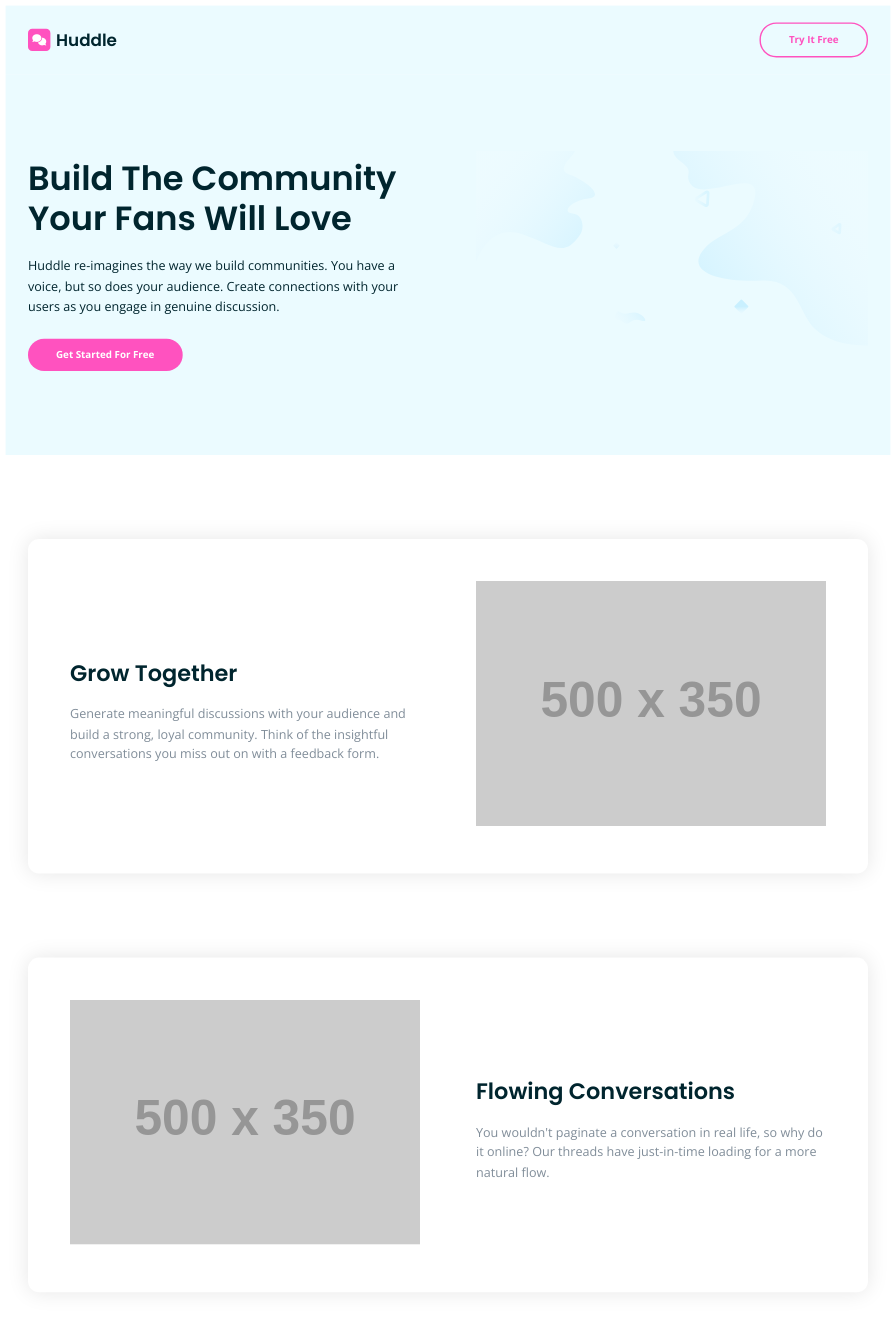
Repository: blordeus/huddle-landing-page
Page: index.html
An editor plug-in stored every save of this project. The page is shown before and after a run of saves, followed by the edit.
The browser window is 1280 px wide. The pictures show the part of the page from y = 0 to 1920 px (the page is 3680 px tall before and 3744 px after), at 70% of full size.

Above is the page before, as saved 2025-07-01 10:52:49.

After the next 2 saves:
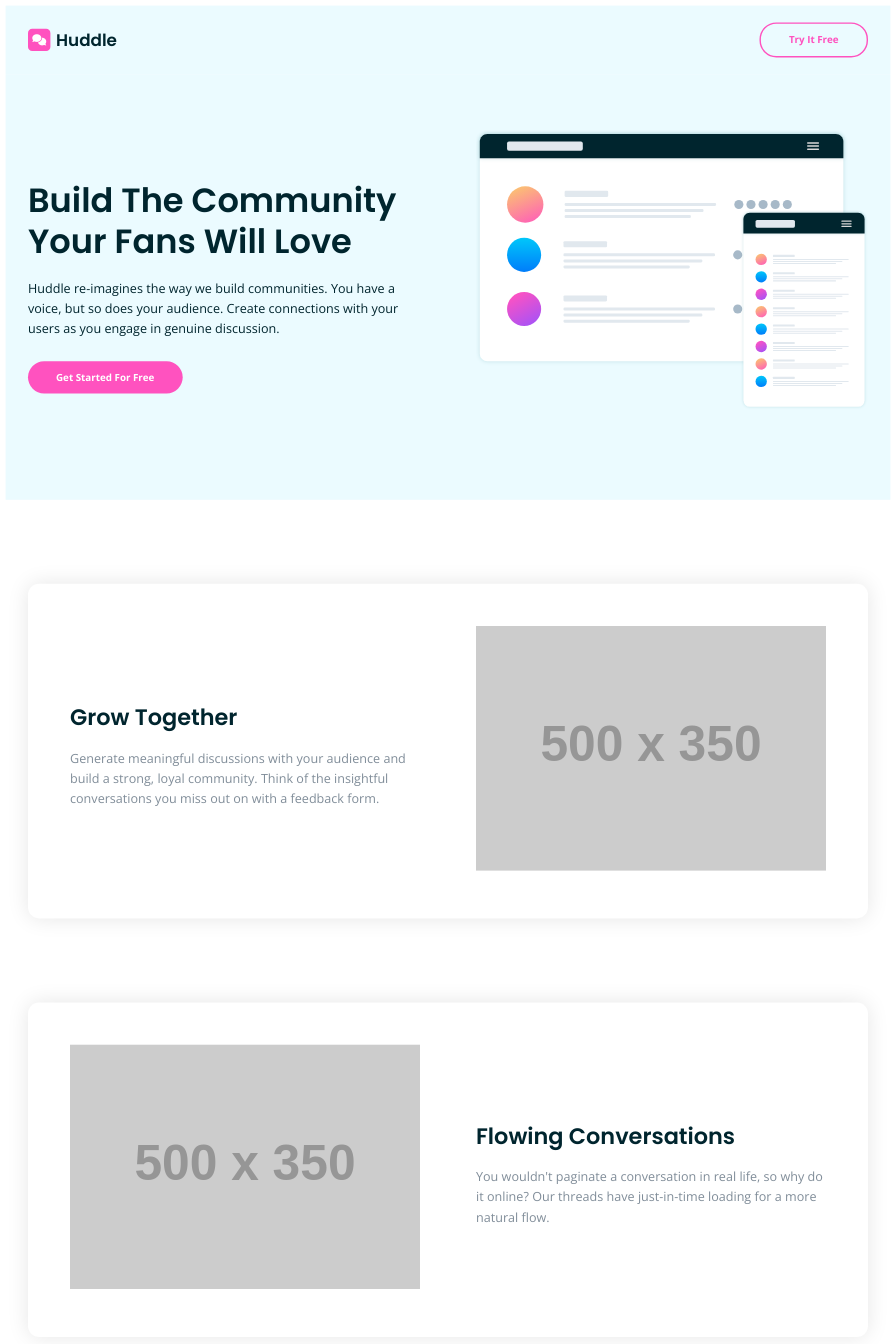
The 2 saves are shown as one change because they came seconds apart.
The last was saved 35 s later.
--- a/index.html
+++ b/index.html
@@ -42,7 +42,7 @@
           <a href="#" class="btn">Get Started For Free</a>
         </div>
         <div class="hero-image">
-          <img src="./images/bg-hero-desktop.svg" alt="Desktop and mobile chat interface showing community conversations">
+          <img src="./images/illustration-mockups.svg" alt="Desktop and mobile chat interface showing community conversations">
         </div>
       </div>
     </div>
